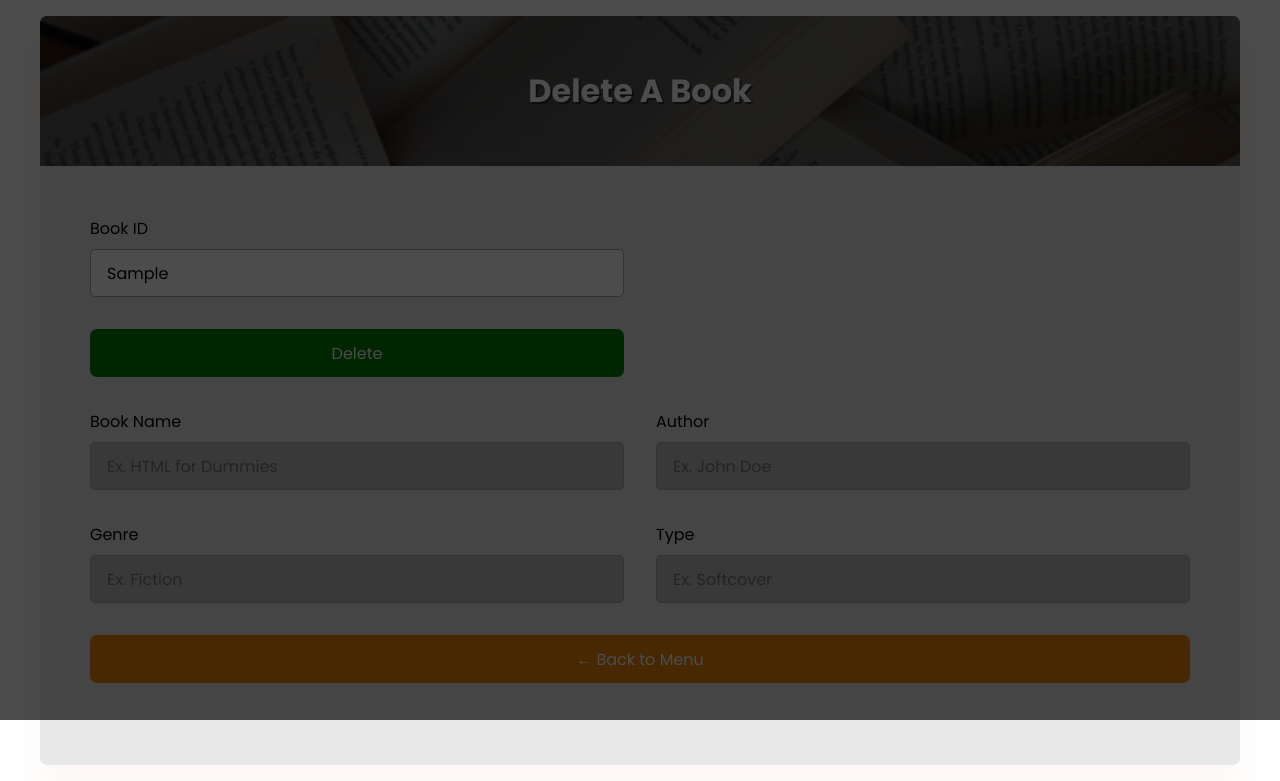
Repository: kcvijay/node_advanced_books
Page: booksSPA/public/pages/deleteBook.html
An editor plug-in stored every save of this project. The page is shown before and after the next save, followed by the edit.
The browser window is 1280 px wide. The pictures show the whole page.
Empty fields were first filled with sample values (such as "Sample", 5 or name@example.com).
After loading, the first visible `#submit` was clicked once.
The page's requests for data from a server got no answer.

Above is the page before, as saved 2023-03-08 18:34:15.

### booksSPA/public/pages/deleteBook.html
<!DOCTYPE html>
<html lang="en">
  <head>
    <meta charset="UTF-8" />
    <meta http-equiv="X-UA-Compatible" content="IE=edge" />
    <meta name="viewport" content="width=device-width, initial-scale=1.0" />
    <title>Delete A Book</title>
    <link rel="stylesheet" href="../styles/styles.css" />
  </head>
  <body>
    <div class="main-wrapper">
      <div class="heading">
        <h1>Delete A Book</h1>
      </div>
      <div class="data-field">
        <form>
          <div>
            <label for="id">Book ID</label>
            <input type="text" id="id" name="id" />
          </div>
          <div></div>
          <button type="submit" id="submit" class="primary-btn">Delete</button>
        </form>
        <form style="margin-top: 32px">
          <div>
            <label for="name">Book Name</label>
            <input
              type="text"
              id="name"
              name="name"
              placeholder="Ex. HTML for Dummies"
              autocomplete="off"
              disabled
            />
          </div>
          <div>
            <label for="author">Author</label>
            <input
              type="text"
              id="author"
              name="author"
              placeholder="Ex. John Doe"
              autocomplete="off"
              disabled
            />
          </div>
          <div>
            <label for="genre">Genre</label>
            <input
              type="text"
              id="genre"
              name="genre"
              placeholder="Ex. Fiction"
              autocomplete="off"
              disabled
            />
          </div>
          <div>
            <label for="type">Type</label>
            <input
              type="text"
              id="type"
              name="type"
              placeholder="Ex. Softcover"
              autocomplete="off"
              disabled
            />
          </div>
        </form>
        <div id="messagearea"></div>
        <div>
          <a href="/" class="secondary-btn">&larr;&nbsp;Back to Menu</a>
        </div>
      </div>
    </div>
    <script src="/js/deleteBookHandler.js"></script>
  </body>
</html>

### booksSPA/public/styles/styles.css
@import url("https://fonts.googleapis.com/css2?family=Poppins:wght@400;700&display=swap");

* {
  margin: 0;
  padding: 0;
  box-sizing: border-box;
}

body {
  max-width: 100vw;
  min-height: 100vh;
  font-family: "Poppins", sans-serif;
}

.main-wrapper {
  max-width: 1200px;
  background: #e8e8e8;
  margin: 16px auto;
  border-radius: 7px;
  box-shadow: 0 30px 30px rgba(241, 182, 182, 0.1);
  overflow: hidden;
  transition: all 0.3s ease;
}

.heading {
  background: linear-gradient(rgba(0, 0, 0, 0.4), rgba(0, 0, 0, 0.4)),
    url("../assets/books.jpeg");
  background-position: center;
  background-size: cover;
  background-repeat: no-repeat;
  height: 150px;
  display: flex;
  justify-content: center;
  align-items: center;
}

h1 {
  position: relative;
  color: #fff;
  text-shadow: 2px 2px rgba(0, 0, 0, 0.5);
}

.data-field {
  padding: 50px;
}

input,
textarea,
button {
  font-family: inherit;
  font-size: 16px;
}

input:disabled {
  background-color: #c3bfbf;
  cursor: no-drop;
}
input:disabled:focus {
  outline: none;
}

form {
  display: grid;
  grid-template-columns: 1fr 1fr;
  gap: 32px;
  justify-items: start;
  transition: all 0.3s ease-in-out;
}

form div {
  width: 100%;
}

form label {
  display: inline-block;
  width: 100px;
  margin-bottom: 8px;
}

form input {
  height: 48px;
  width: 100%;
  padding: 0 16px;
  border: 1px solid #a7a7a7;
  border-radius: 5px;
  transition: all 0.3s ease;
}

form input:focus {
  outline: 3px solid #ee870978;
  border: none;
}

.button-set {
  display: grid;
  grid-template-columns: 1fr 1fr;
  gap: 32px;
}

.button-set div .primary-btn {
  display: block;
  width: 100%;
  text-decoration: none;
  display: flex;
  justify-content: center;
  align-items: center;
}

button:hover,
button:active {
  filter: brightness(0.9);
}

.button-set {
  margin-top: 32px;
}

.primary-btn {
  display: flex;
  justify-content: center;
  align-items: center;
  width: 100%;
  height: 48px;
  background-color: #038003;
  text-decoration: none;
  padding: 8px 60px;
  color: #fff;
  border: none;
  border-radius: 7px;
  cursor: pointer;
  transition: all 0.3s ease;
}

.secondary-btn {
  display: flex;
  justify-content: center;
  align-items: center;
  height: 48px;
  margin: 32px 0;
  background-color: #ee8709;
  text-decoration: none;
  padding: 8px 60px;
  color: #fff;
  border: none;
  border-radius: 7px;
  cursor: pointer;
  transition: all 0.3s ease;
}

#messagearea {
  position: absolute;
  left: 0;
  top: 0;
  width: 100vw;
  height: 100vh;
  background-color: rgba(0, 0, 0, 0.7);
  display: none;
  justify-content: center;
  align-items: center;
  z-index: 999;
}

#messagearea p {
  background-color: #fff;
  padding: 32px;
}

/**** TABLE ****/

.table-field {
  overflow-x: auto;
}

table {
  margin: 0 auto;
  max-width: fit-content;
}
thead {
  background: #038003;
  color: #fff;
}
th,
td {
  width: 250px;
  height: 48px;
  padding: 16px;
}

tr:nth-child(odd) {
  background: #ee870945;
}

tr:nth-child(even) {
  background: #ee87095e;
}

tr:last-child td:first-child {
  border-radius: 0 0 0 7px;
}

tr:last-child td:last-child {
  border-radius: 0 0 7px 0;
}

th:not(:first-child) {
  text-align: left;
}

th:first-child {
  border-radius: 7px 0 0 0;
}

th:last-child {
  text-align: center;
  border-radius: 0 7px 0 0;
}

td {
  padding-left: 16px;
}

td:first-child,
td:last-child {
  text-align: center;
}

@media screen and (max-width: 700px) {
  .main-wrapper {
    margin: 0 16px;
  }
  form {
    grid-template-columns: 1fr;
  }

  .data-field {
    padding: 18px;
  }

  .table-field {
    overflow-x: auto;
  }

  table {
    font-size: 14px;
  }

  .button-set {
    grid-template-columns: 1fr;
  }

  .button-set div a {
    display: block;
    width: 100%;
  }
}

### booksSPA/public/js/deleteBookHandler.js
"use strict";

(function () {
  let inputField;
  let titleField;
  let authorField;
  let genreField;
  let typeField;
  let messageField;
  let submit;

  document.addEventListener("DOMContentLoaded", init);

  function init() {
    inputField = document.querySelector("#id");
    titleField = document.querySelector("#name");
    authorField = document.querySelector("#author");
    genreField = document.querySelector("#genre");
    typeField = document.querySelector("#type");
    messageField = document.querySelector("#messagearea");
    submit = document.querySelector("#submit");

    submit.addEventListener("click", (e) => {
      e.preventDefault();
      send();
    });

    inputField.addEventListener("keyup", (e) => {
      if (e.key === "Enter") {
        confirmBookData();
      }
    });

    async function confirmBookData() {
      const id = inputField.value;

      try {
        const options = {
          method: "GET",
          mode: "cors",
        };

        const data = await fetch(
          `http://localhost:4000/api/books/${id}`,
          options
        );

        const result = data.json();

        if (result) {
          if (result.message) {
            updateMessage(result.message, result.type);
          } else {
            showBookData(result);
          }
        }
      } catch (err) {
        updateMessage(err.message, "error");
      }
    }

    async function send() {
      const id = inputField.value;

      try {
        const options = {
          method: "DELETE",
          mode: "cors",
        };

        const data = await fetch(
          `http://localhost:4000/api/books/${id}`,
          options
        );

        const result = await data.json();
        showBookData(result);

        console.log(result);

        //   if (result) {
        //     if (result.message) {
        //       updateMessage(result.message, result.type);
        //     } else {
        //       showBookData(result);
        //     }
        //   }
      } catch (err) {
        updateMessage(err.message, "error");
      }
    }

    function showBookData(book) {
      titleField.value = book.name;
      authorField.value = book.author;
      genreField.value = book.genre;
      typeField.value = book.type;
    }

    function updateMessage(message, type) {
      messageField.style.display = "flex";
      messageField.innerHTML = `<p class="error>${message}</p>`;
      messageField.setAttribute("class", type);
    }
  }
})();

After the next save:
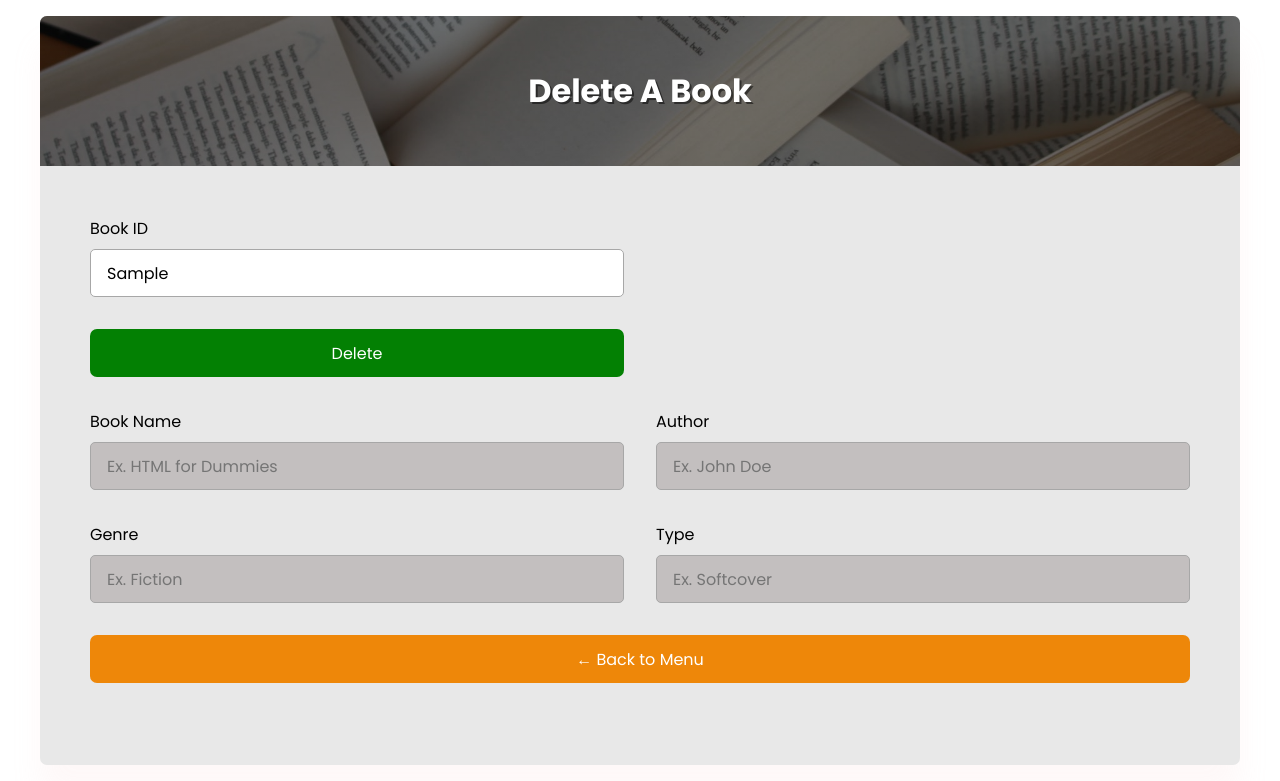
Console error: ReferenceError: send is not defined
Saved 29 s later.
--- a/booksSPA/public/js/deleteBookHandler.js
+++ b/booksSPA/public/js/deleteBookHandler.js
@@ -59,36 +59,36 @@
       }
     }
 
-    async function send() {
-      const id = inputField.value;
+    // async function send() {
+    //   const id = inputField.value;
 
-      try {
-        const options = {
-          method: "DELETE",
-          mode: "cors",
-        };
+    //   try {
+    //     const options = {
+    //       method: "DELETE",
+    //       mode: "cors",
+    //     };
 
-        const data = await fetch(
-          `http://localhost:4000/api/books/${id}`,
-          options
-        );
+    //     const data = await fetch(
+    //       `http://localhost:4000/api/books/${id}`,
+    //       options
+    //     );
 
-        const result = await data.json();
-        showBookData(result);
+    //     const result = await data.json();
+    //     showBookData(result);
 
-        console.log(result);
+    //     console.log(result);
 
-        //   if (result) {
-        //     if (result.message) {
-        //       updateMessage(result.message, result.type);
-        //     } else {
-        //       showBookData(result);
-        //     }
-        //   }
-      } catch (err) {
-        updateMessage(err.message, "error");
-      }
-    }
+    //     //   if (result) {
+    //     //     if (result.message) {
+    //     //       updateMessage(result.message, result.type);
+    //     //     } else {
+    //     //       showBookData(result);
+    //     //     }
+    //     //   }
+    //   } catch (err) {
+    //     updateMessage(err.message, "error");
+    //   }
+    // }
 
     function showBookData(book) {
       titleField.value = book.name;
